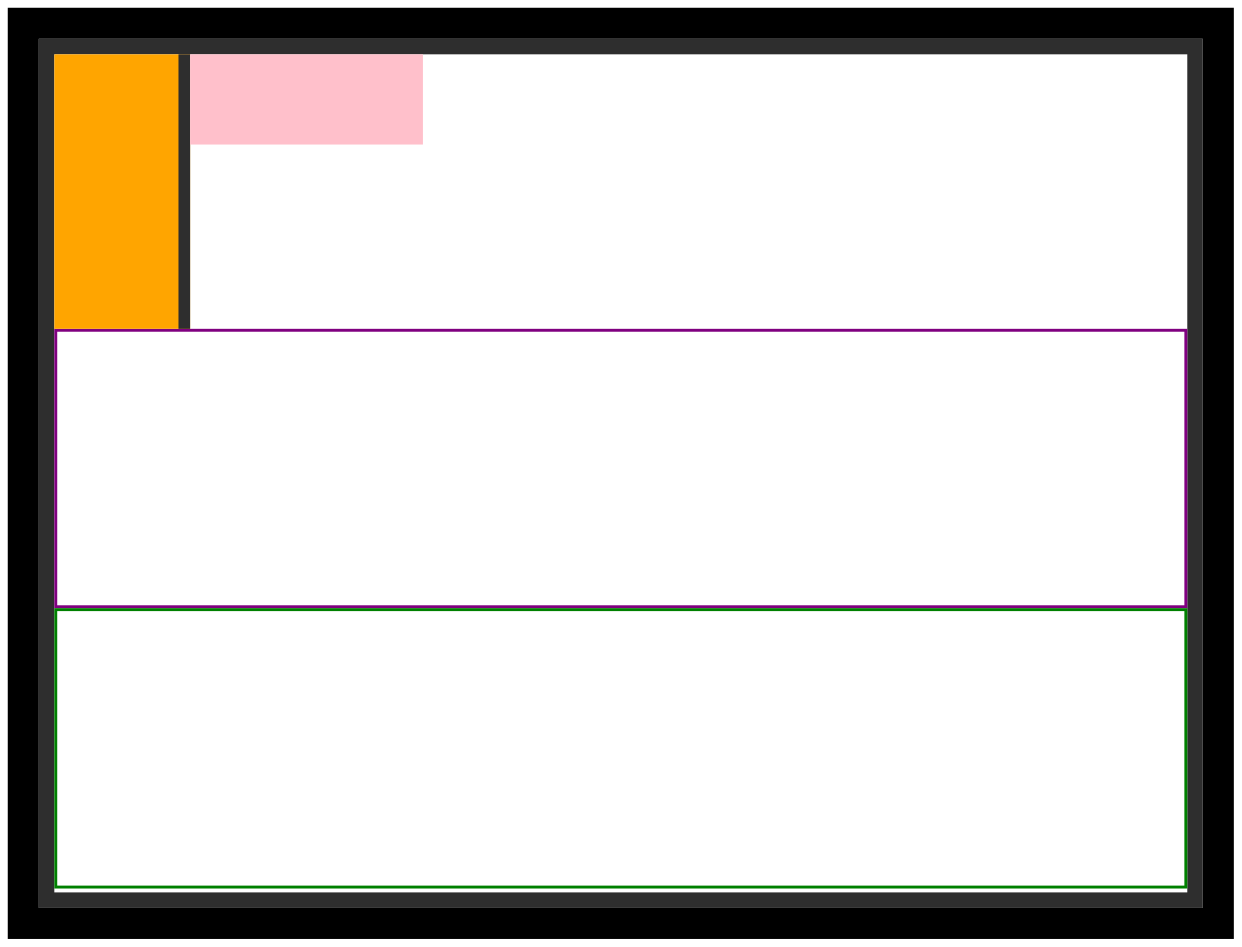
Repository: Tsardines/mondrian
Page: index.html
These files come from the project's save history. The page is drawn as it stood at one moment and after the next save; the edit follows.
The browser window is 1280 px wide. The pictures show the whole page, at 97% of full size.
Some web fonts or font styles are not loaded; a fallback is used.

Above is the page before, as saved 2019-10-20 16:18:34.

After the next save:
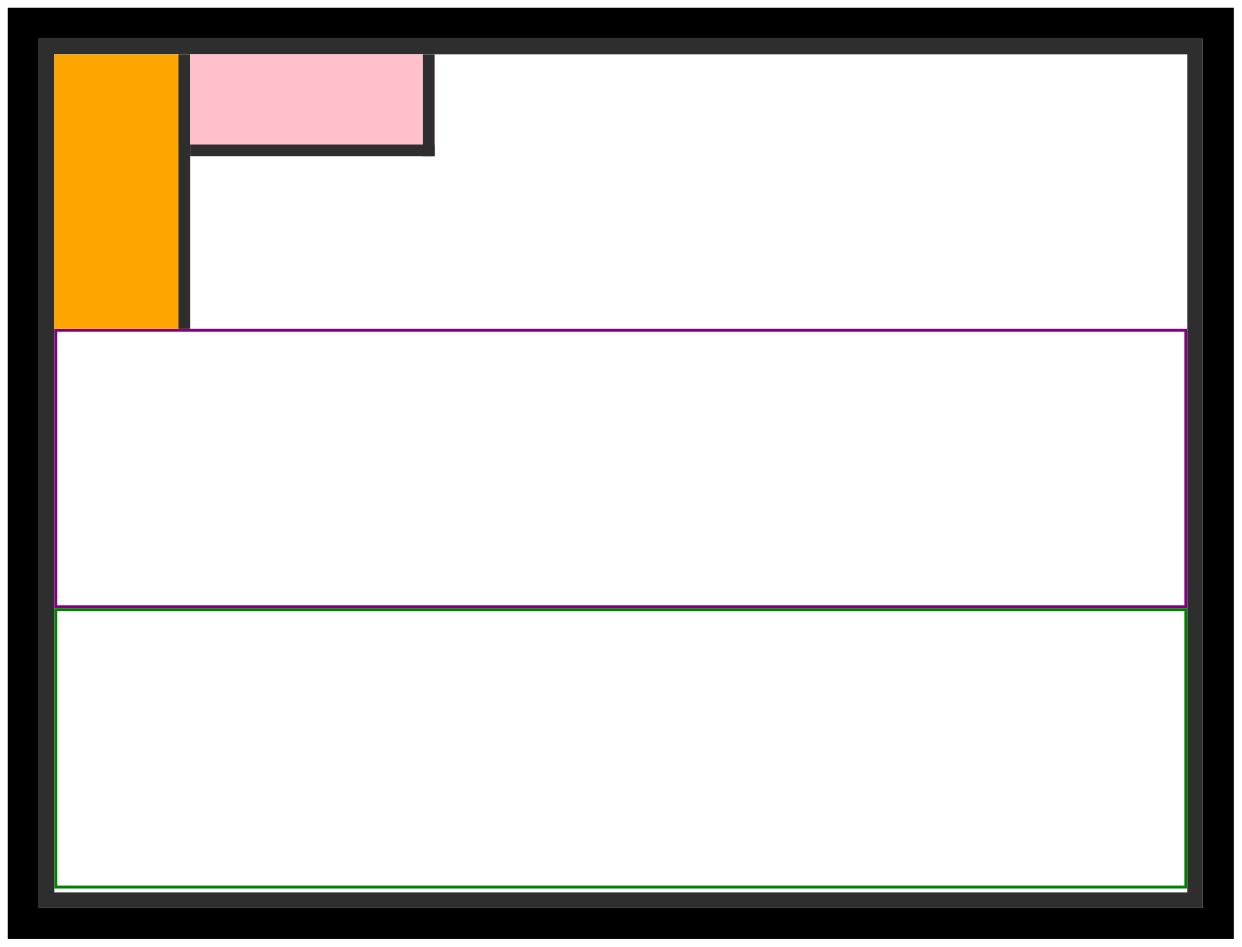
Saved 47 s later.
--- a/styles.css
+++ b/styles.css
@@ -34,7 +34,7 @@
 
 .rect--hori {
     background-color: pink;
-    border-bottom,
+    border-bottom: 0.75rem solid rgb(46, 46, 46);
     border-right: 0.75rem solid rgb(46, 46, 46);
     height: 33%;
     width: 15rem;
